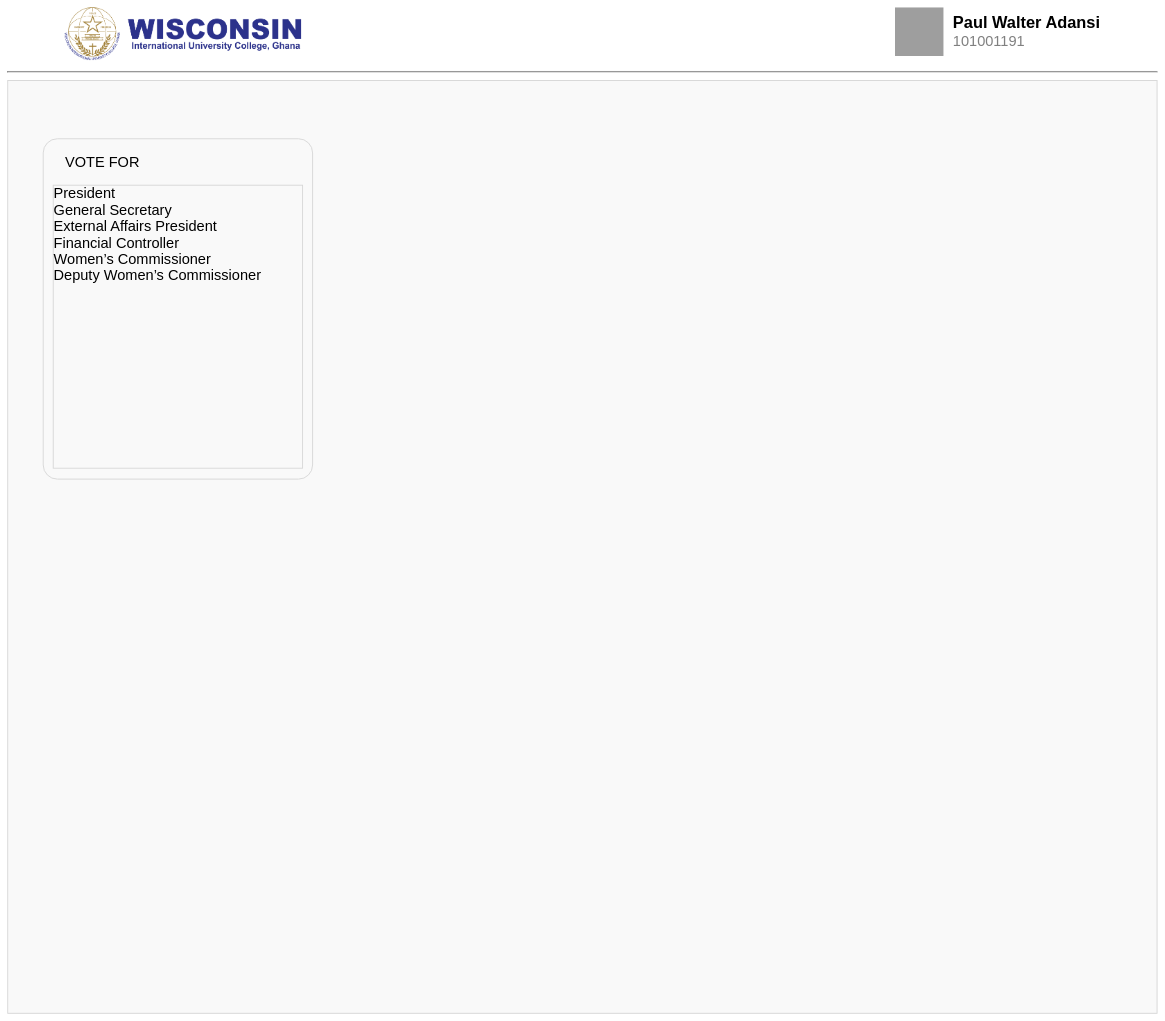
Repository: exe-walt/Voting-System-Project
Page: new.html
These files come from the project's save history. The page is drawn as it stood at one moment and after a run of saves; the edit follows.
The browser window is 1280 px wide. The pictures show the whole page, at 91% of full size.
Pictures or frames that could not be fetched are drawn as grey boxes.

Above is the page before, as saved 2025-04-01 14:59:50.

### new.html
<!DOCTYPE html>
<html lang="en">
<head>
  <meta charset="UTF-8">
  <meta name="viewport" content="width=device-width, initial-scale=1.0">
  <title>Document</title>
  <link rel="stylesheet" href="new.css">
</head>
<body>

  <!-- Navbar-->
  <div class="nav-bar">
          <div class="logomain">
            <img class="logo" src="img/wiuclogofull.png" alt="WIUC Logo"/>
          </div>

          <div class="profile">
            <img class="img" src="img/walt.png" alt="student profile">
              <div class="student-details">
                <div class="student-name">Paul Walter Adansi</div>
                <div class="student-id">101001191</div>
              </div>
          </div>
    </div>
    <hr class="line"/>
    <!-- End of Navbar -->

    <div class="content">
      <div class="content-container">
        <div class="left-container">
          <div class="vote-txt">
            <p>VOTE FOR</p>
          </div>
          <div class="roles-container">
            <!-- President -->
            <div class="div-president">
              <div class="president">President</div>
            </div>

            <!-- General Secretary -->
            <div class="div-genSec">
              <div class="gen-secretary">General Secretary</div>
            </div>

            <!-- External Affairs President -->
            <div class="div-externalaffairs">
              <div class="ext-affairs">External Affairs President</div>
            </div>

            <!-- Financial Controller -->
            <div class="div-fincont">
              <div class="main-financial">Financial Controller</div>
            </div>

            <!-- Main Women's Commissioner -->
            <div class="div-wcom">
              <div class="main-wcom">Women’s Commissioner</div>
            </div>

            <!-- Deputy Women's Commissioner -->
            <div class="div-deptwcom">
              <div class="dept-wcom">Deputy Women’s Commissioner</div>
            </div>
          </div>
        </div>
      </div>
    </div>

</body>
</html>

### new.css
*{
  font-family: 'Tenorite', sans-serif;
}

.nav-bar {
  display: flex;
  margin-left: 5%;
  margin-right: 5%;
  justify-content: space-between;
}

.nav-bar .logo {
  width: 262px;
  height: 58px;
}

.nav-bar img {
  width: 54px;
  height: 54px;
}

.profile{
  display: flex;
}

.profile img{
  width: 54px;
  height: 54px;
}

.profile .student-details{
  display: flex;
  flex-direction: column;
  margin-top: 7px;
  margin-left: 10px;
}

.profile .student-details .student-name{
  font-size: 18px;
  font-weight: 750;
  color: #000000;
}

.profile .student-details .student-id{
  font-size: 16px;
  font-weight: 400;
  color: #808080;
}

hr{
  border-color: #d7d7d7;
  border-width: 1px;
}

.content{
  background-color: #f9f9f9;
  display: flex;
  flex-direction: row;
  justify-content: center;
  width: 100%;
}

.content-container{
  background-color: #f9f9f9;
  width: 1440px;
  height: 1024px;
  border: 1px solid #d7d7d7;
}

.left-container{
  border: 1px solid #d7d7d7;
  width: 295px;
  height: 373px;
  margin-left: 3%;
  margin-top: 5%;
  border-radius: 16px;
}

.left-container .vote-txt{
  margin-left: 8%;
  margin-top: 4%;
}

.left-container p{
  font-size: 16px;
  font-weight: 400;
  color: #000000;
}

.roles-container{
  justify-content: center;
  border: 1px solid #d7d7d7;
  margin: 10px;
  height: 310px;
  padding
}

After the next 2 saves:
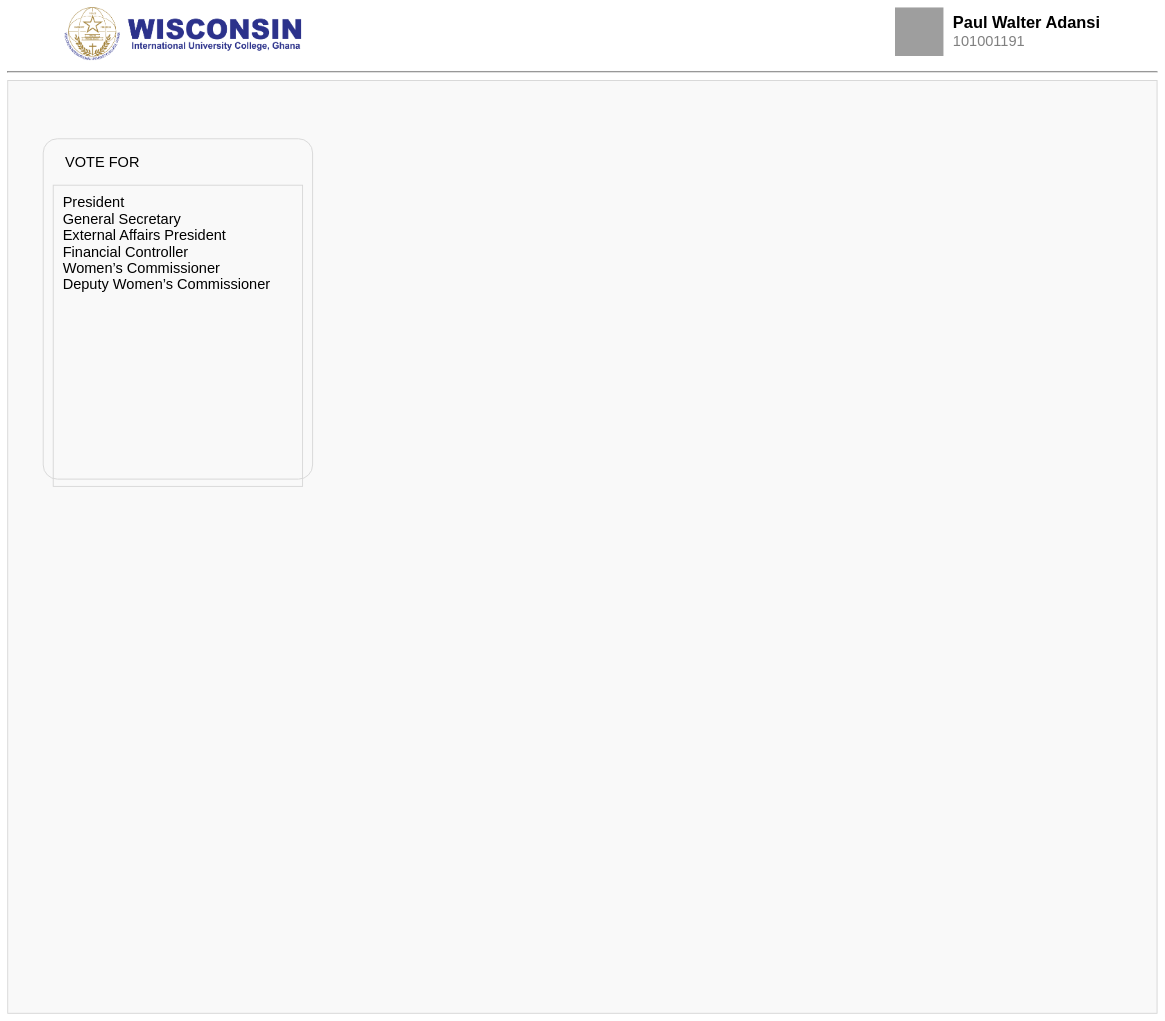
The 2 saves are shown as one change because they came seconds apart.
The last was saved 8 s later.
--- a/new.css
+++ b/new.css
@@ -92,5 +92,5 @@
   border: 1px solid #d7d7d7;
   margin: 10px;
   height: 310px;
-  padding
+  padding: 10px;
 }
